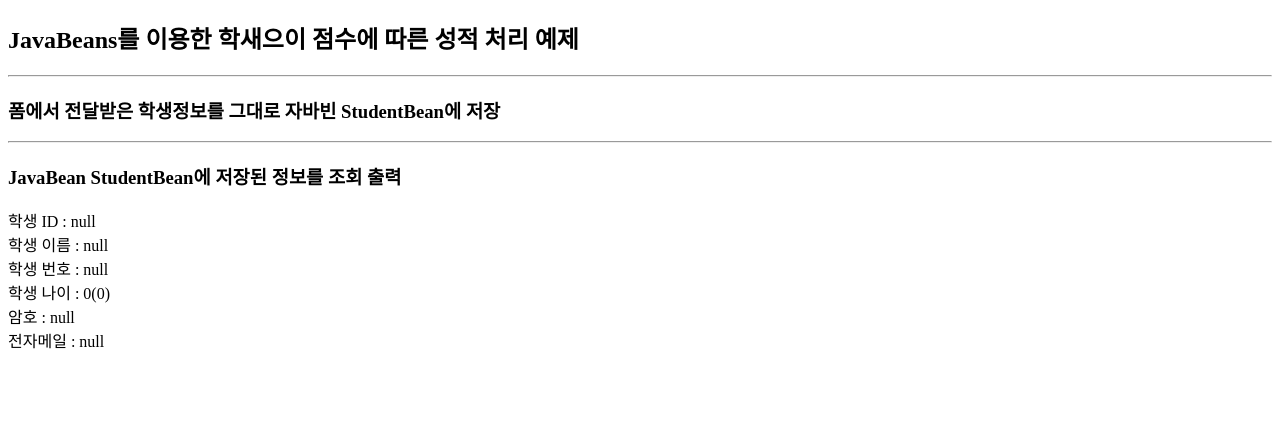
Repository: sunyeongan/Univ_lecture
Page: http://localhost/week12/form2.jsp
These files come from the project's save history. The page is drawn as it stood at one moment and after the next save; the edit follows.
The browser window is 1280 px wide. The pictures show the whole page.
The page is served by Tomcat 9.

Above is the page before, as saved 2022-05-17 03:09:26.

After the next save:
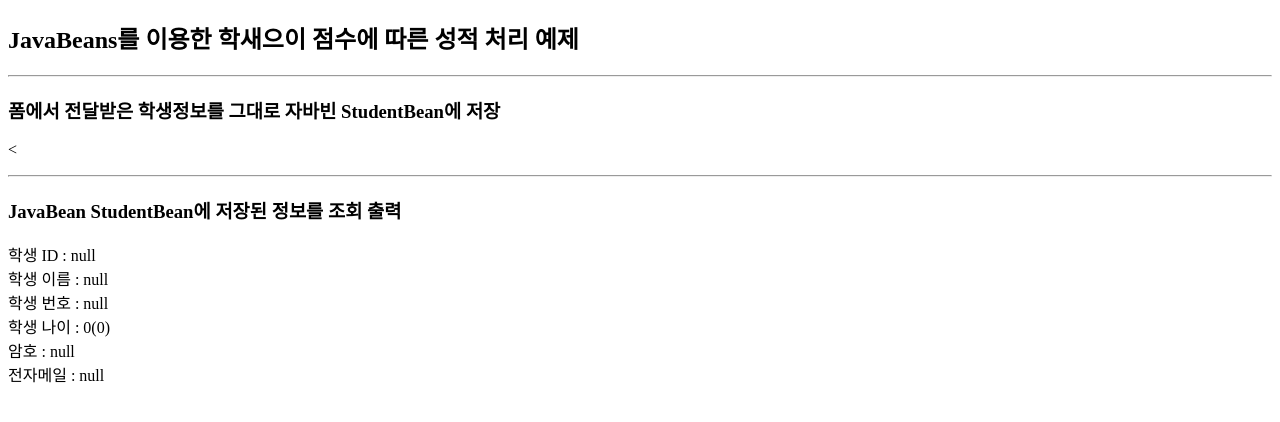
Saved 24 s later.
--- a/WebSever_2022/work/week12/week12/src/main/webapp/form2.jsp
+++ b/WebSever_2022/work/week12/week12/src/main/webapp/form2.jsp
@@ -18,8 +18,8 @@
 	<jsp:setProperty  name = "stu" property = "sname" param="sname"/>
 	<jsp:setProperty  name = "stu" property = "call" param="call"/>
 	<jsp:setProperty  name = "stu" property = "year" param="year"/>
-	<jsp:setProperty  name = "stu" property = "age" param="age"/>
-	<jsp:setProperty  name = "stu" property = "pw" param="pw"/>
+	<jsp:setProperty  name = "stu" property = "age" param="choice"/>
+	<
 	<jsp:setProperty  name = "stu" property = "mail" param="mail"/>
 
 	<HR>

After the 3 saves that followed:
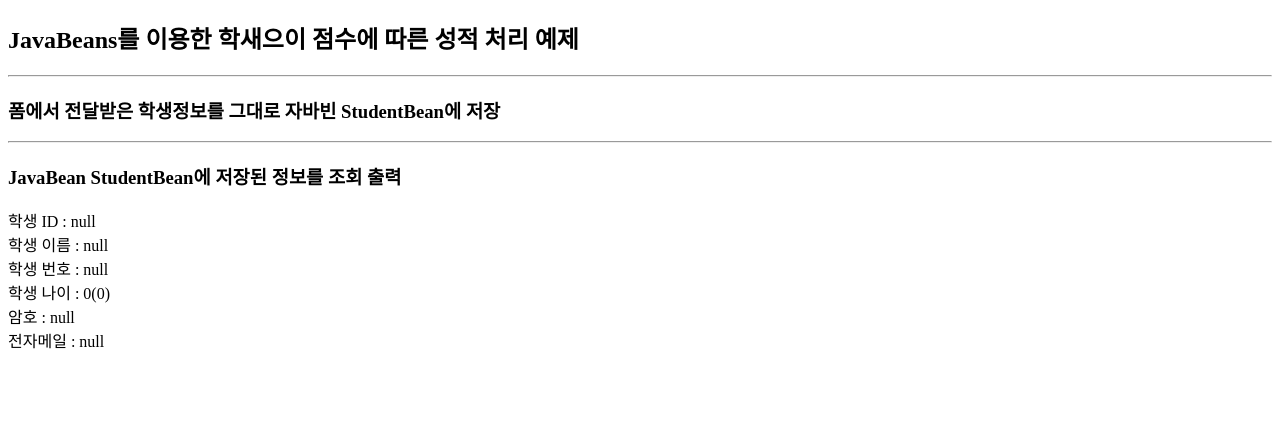
The 3 saves are shown as one change because 2 left the picture as it was.
The last was saved 2 min 22 s later.
--- a/WebSever_2022/work/week12/week12/src/main/webapp/form2.jsp
+++ b/WebSever_2022/work/week12/week12/src/main/webapp/form2.jsp
@@ -18,8 +18,8 @@
 	<jsp:setProperty  name = "stu" property = "sname" param="sname"/>
 	<jsp:setProperty  name = "stu" property = "call" param="call"/>
 	<jsp:setProperty  name = "stu" property = "year" param="year"/>
-	<jsp:setProperty  name = "stu" property = "age" param="choice"/>
-	<
+	<jsp:setProperty  name = "stu" property = "age" param="age"/>
+	<jsp:setProperty  name = "stu" property = "pw" param="pw"/>
 	<jsp:setProperty  name = "stu" property = "mail" param="mail"/>
 
 	<HR>
--- a/WebSever_2022/work/week12/week12/src/main/java/week12/stuBean.java
+++ b/WebSever_2022/work/week12/week12/src/main/java/week12/stuBean.java
@@ -31,6 +31,11 @@ public class stuBean {
 
 
 	public int getAge() {
+		int age = 0;
+		if(year == 1995)
+			age = 27;
+		else if(year == 1996)
+			age = 26;
 		return age;
 	}
 	public void setAge(int age) {
